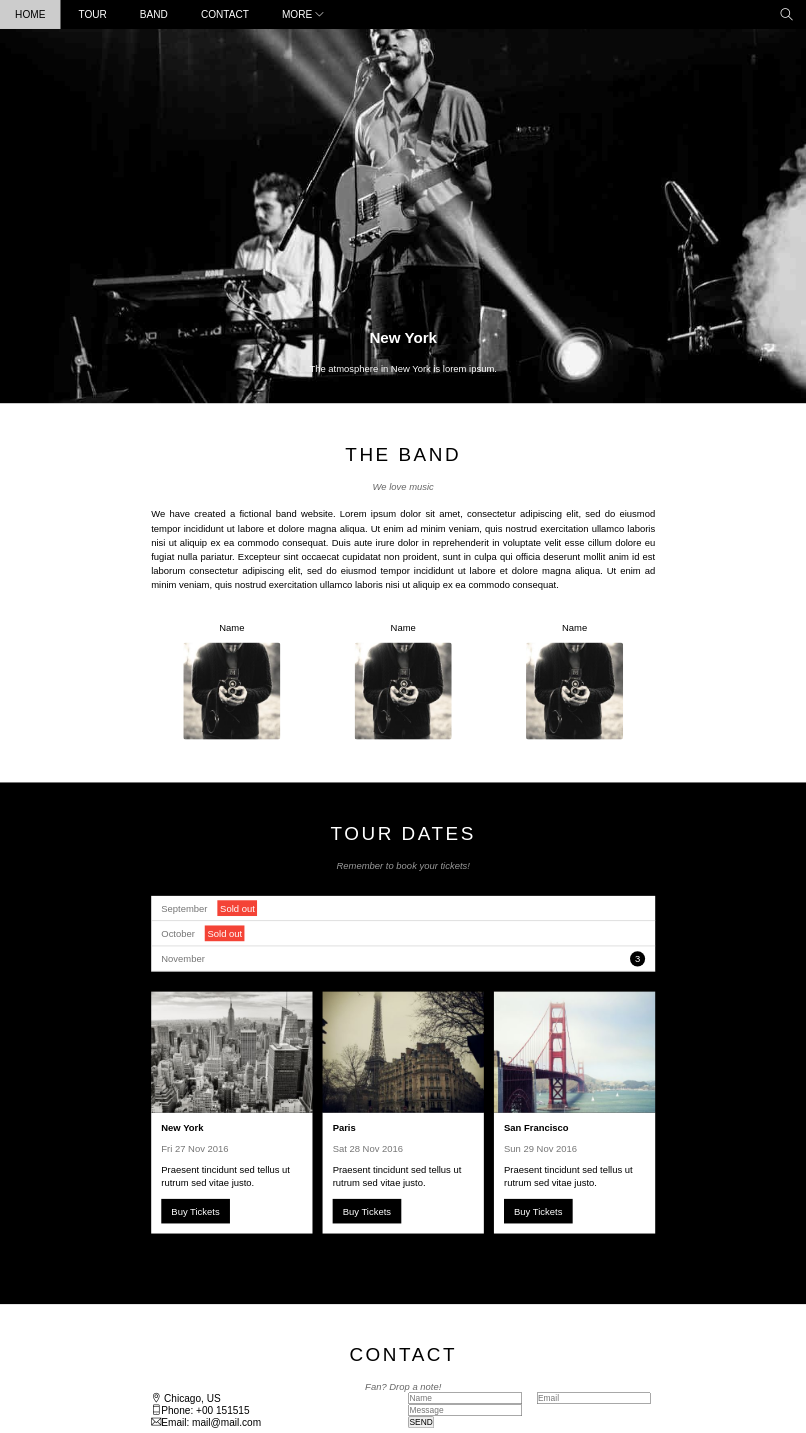
Repository: maivannhan1998/git-w3band
Page: index.html
These files come from the project's save history. The page is drawn as it stood at one moment and after the next save; the edit follows.
The browser window is 1280 px wide. The pictures show the whole page, at 63% of full size.

Above is the page before, as saved 2021-09-05 20:26:21.

### index.html
<!DOCTYPE html>
<html lang="en">
<head>
    <meta charset="UTF-8">
    <meta http-equiv="X-UA-Compatible" content="IE=edge">
    <meta name="viewport" content="width=device-width, initial-scale=1.0">
    <title>Document</title>
    <link rel="stylesheet" href="./asset/css/style.css">
    <link rel="stylesheet" href="./asset/fontss/themify-icons/themify-icons.css">
</head>
<body>
    <div id="main">
        <div id="header">
            <!-- Begin: nav -->
            <ul id="nav">
                <li><a href="">Home</a></li>
                <li><a href="">Tour</a></li>
                <li><a href="">Band</a></li>
                <li><a href="">Contact</a></li>
                <li><a href="">
                    More
                    <i class="nav-arrow-down ti-angle-down"></i>
                </a>
                    <ul class="subnav">
                        <li><a href="">Merchandise</a></li>
                        <li><a href="">Extras</a></li>
                        <li><a href="">Media</a></li>
                    </ul>
                </li>
            </ul>
            <!-- End: nav -->

            <!-- Begin: Search button -->
            <div class="search-btn">
                <i class="search-icon ti-search"></i>
            </div>
            <!-- End: Search button -->


        </div>

        <div id="slider">
            <div class="text-content">
                <h2 class="text-heading">New York</h2>
                <div class="text-des">The atmosphere in New York is lorem ipsum.</div>
            </div>
        </div>

        <div id="content">
            <!-- About section -->
            <div class="content-section">
                <h2 class="heading-section">THE BAND</h2>
                <p class="heading-sub-section">We love music</p>
                <p class="about-text">We have created a fictional band website. Lorem ipsum dolor sit amet, consectetur adipiscing elit, sed do eiusmod tempor incididunt ut labore et dolore magna aliqua. Ut enim ad minim veniam, quis nostrud exercitation ullamco laboris nisi ut aliquip ex ea commodo consequat. Duis aute irure dolor in reprehenderit in voluptate velit esse cillum dolore eu fugiat nulla pariatur. Excepteur sint occaecat cupidatat non proident, sunt in culpa qui officia deserunt mollit anim id est laborum consectetur adipiscing elit, sed do eiusmod tempor incididunt ut labore et dolore magna aliqua. Ut enim ad minim veniam, quis nostrud exercitation ullamco laboris nisi ut aliquip ex ea commodo consequat.</p>
                <div class="row members-list">
                    <div class="col col-third text-center">
                         <p class="member-name">Name</p>
                         <img src="/asset/img/band/member1.jpg" alt="Name" class="member-img">
                    </div>
                    <div class="col col-third text-center">
                        <p class="member-name">Name</p>
                        <img src="/asset/img/band/member1.jpg" alt="Name" class="member-img">
                   </div>
                   <div class="col col-third text-center">
                        <p class="member-name">Name</p>
                        <img src="/asset/img/band/member1.jpg" alt="Name" class="member-img">
                    </div>

                    <div class="clear"></div>
                </div>
            </div>

            <!--Tour section  -->
            <div class="tour-section">

                <div class="content-section">
                    <h2 class="heading-section text-white">TOUR DATES</h2>
                    <p class="heading-sub-section text-white">Remember to book your tickets!</p>
                    <ul class="tickets-list">
                        <li>September<span class="sold-out">Sold out</span></li>
                        <li>October<span class="sold-out">Sold out</span></li>
                        <li>November<span class="quanity">3</span></li>
                    </ul>

                    <!-- Plcae section -->
                    <div class="row places-list">
                        <div class="col col-third ">
                            <img src="/asset/img/places/newyork.jpg" alt="New York" class="place-img">
                            <div class="place-content">
                                <h3 class="place-heading">New York</h3>
                                <p class="place-time">Fri 27 Nov 2016</p>
                                <p class="place-des">Praesent tincidunt sed tellus ut rutrum sed vitae justo.</p>
                                <a href="#" class="place-buy-btn">Buy Tickets</a>
                            </div>
                        </div>

                        <div class=" col col-third ">
                            <img src="/asset/img/places/paris.jpg" alt="Paris" class="place-img">
                            <div class="place-content">
                                <h3 class="place-heading">Paris</h3>
                                <p class="place-time">Sat 28 Nov 2016</p>
                                <p class="place-des">Praesent tincidunt sed tellus ut rutrum sed vitae justo.</p>
                                <a href="#" class="place-buy-btn">Buy Tickets</a>
                            </div>
                        </div>

                        <div class=" col col-third ">
                            <img src="/asset/img/places/sanfran.jpg" alt="San Francisco" class="place-img">
                            <div class="place-content">
                                <h3 class="place-heading">San Francisco</h3>
                                <p class="place-time">Sun 29 Nov 2016</p>
                                <p class="place-des">Praesent tincidunt sed tellus ut rutrum sed vitae justo.</p>
                                <a href="#" class="place-buy-btn">Buy Tickets</a>
                            </div>
                        </div>
                        <div class="clear"></div>

                    </div>
                </div>


            </div>

            <!-- Contact section -->

            <div class="content-section">
                <h2 class="heading-section">CONTACT</h2>
                <p class="heading-sub-section">Fan? Drop a note!</p>


                <div class="row">
                    <div class="col col-half">
                        <p><i class="ti-location-pin"></i> Chicago, US</p>
                        <p><i class="ti-mobile"></i>Phone: +00 151515</p>
                        <p><i class="ti-email"></i>Email: mail@mail.com</p>

                    </div>
                    <div class="col col-half">
                        <form action="">
                            <div class="row">
                                <div class="col col-half">
                                    <input type="text" name="" placeholder="Name" id="" class="form-control">
                                </div>
                                <div class="col col-half">
                                    <input type="text" name="" placeholder="Email" id="" class="form-control">
                                </div>
                            </div>
                            <div class="row">
                                <div class="col col-full">
                                    <input type="text" name="" placeholder="Message" id="" class="form-control">
                                </div>

                            </div>
                            <input type="submit" value="SEND">
                        </form>
                    </div>
                </div>
            </div>



        </div>

        <div id="footer">

        </div>
    </div>
</body>
</html>

### asset/css/style.css
/* Reset CSS*/
*{
    padding: 0;
    margin: 0;
    box-sizing: border-box;
}

/* common */

.row {
    margin-left: -8px;
    margin-right: -8px;
}

.col {
    float: left;
    padding-left: 8px;
    padding-right: 8px;
}

.col-third {
    width: 33.33333%;
}

.col-half {
    width: 50%;
}

.col-full {
    width: 100%;
}

.text-center {
    text-align: center !important;
}

.clear {
    clear: both;
}

.text-white {
    color: #fff !important;
}

html{
    font-family: Arial, Helvetica, sans-serif;

}

#main{

}

#header{
    position: fixed;
    top: 0;
    left: 0;
    right: 0;
    height: 46px;
    background-color: #000;
    z-index: 1;
}

#nav {
    display: inline-block ;
}

#nav, .subnav {
    list-style-type: none;
}

#nav > li {
    display: inline-block;
}

#nav li{
    position: relative;

}

#nav > li > a {
    color: #fff;
    text-transform: uppercase;
}

#nav li a {
    padding: 0 24px;
    line-height: 46px;
    display: block;
    text-decoration: none;
}
#nav .subnav li:hover a,
#nav > li:hover > a {
    color: #000;
    background-color: #ccc;
}

#nav .subnav {
    display: none;
    position: absolute;
    top: 100%;
    left: 0;
    min-width: 160px;
    background-color: #fff;
    box-shadow: 0 0 10px rgba(0, 0, 0, 0.3);
}

#nav .subnav a {
    color: #000;
    background-color: #fff;
    padding: 0 12px;
    line-height: 38px;

}

#nav li:hover .subnav {
    display: block;
}

.nav-arrow-down {
    font-size: 14px;
}

#header .search-btn {
    float: right;
    padding: 0px 21px;

}

#header .search-btn:hover {
    cursor: pointer;
    background-color: #f44336;
}

#header .search-icon {
    color: #fff;
    font-size: 20px;
    line-height: 46px;
}

#slider{
   /* margin-top: 46px; */
   /* chỉ số % chiều ngang của chính nó (chiều cao lun bằng 1/2 chiều ngang) */
   position: relative;
   padding-top: 50%;
   background: url('/asset/img/slider/slider1.jpg') top center / cover no-repeat;
}

#slider .text-content {
    position: absolute;
    bottom: 47px;
    color: #fff;
    width: 100%;
    /* left: 50%;
   transform: translateX(-50%); */
   text-align: center;

}

#sider .text-heading {
    font-weight: 500;
    font-size: 24px;
}

#slider .text-des {
    font-size: 15px;
    margin-top: 25px;
}

#content{

}

#content .content-section {
    width: 800px;
   padding: 64px 0;
   margin-left: auto;
   margin-right: auto;

}

#content .heading-section {
    text-align: center;
    font-size: 30px;
    font-weight: 500;
    letter-spacing: 4px;
}

#content .heading-sub-section {
    text-align: center;
    font-size: 15px;
    margin-top: 25px;
    font-style: italic;
    opacity: 0.6;
}

#content .about-text {
    margin-top: 25px;
    text-align: justify;
    font-size: 15px;
    line-height: 1.5;
}

#content .members-list {
    margin-top: 48px;
}



#content .member-name {
    font-size: 15px;
}

#content .member-img {
    width: 154px;
    margin-top: 15px ;
    border-radius: 4px;

}

/* tour section */

.tour-section {
    background-color: #000;
}

.tickets-list {
    margin-top: 40px;
    list-style-type: none;
    background-color: #fff;

}

.tickets-list li {
    color: #757575;
    font-size: 15px;
    padding: 11px 16px;
    border-bottom: 1px solid #ccc;
}

.tickets-list .sold-out {
    color: #fff;
    background-color: #f44336;
    padding: 4px 4px;
    margin-left: 16px;
}

.tickets-list .quanity {
    float: right;
    color: #fff;
    background-color: #000;
    width: 24px;
    height: 24px;
    border-radius: 50%;
    text-align: center;
    margin-top: -3px;
    line-height: 24px;
}

.places-list {
    margin-top: 32px;
    margin-bottom: 48px;

}

.place-img{
    width: 100%;
    display: block;
}

.place-img:hover {
    opacity: 0.6;
}

.place-content{
background-color: #fff;
padding: 16px;
font-size: 15px;
}

.place-heading{
    font-size: 15px;
}

.place-time{
    margin-top: 15px;
    color: #757575;
}

.place-des{
    margin: 15px 0;
    line-height: 1.4;
}

.place-buy-btn{
    color: #fff;
    background-color: #000;
    text-decoration: none;
    padding: 11px 16px;
    display: inline-block;
}

.place-buy-btn:hover {
    color: #000;
    background-color: #ccc;
}

/* contact form */

.nhan {
    margin-top: 238px;
}

/* Footer section */
#footer{

}

Loaded but not shown: asset/fontss/themify-icons/themify-icons.css (common file)

After the next save:
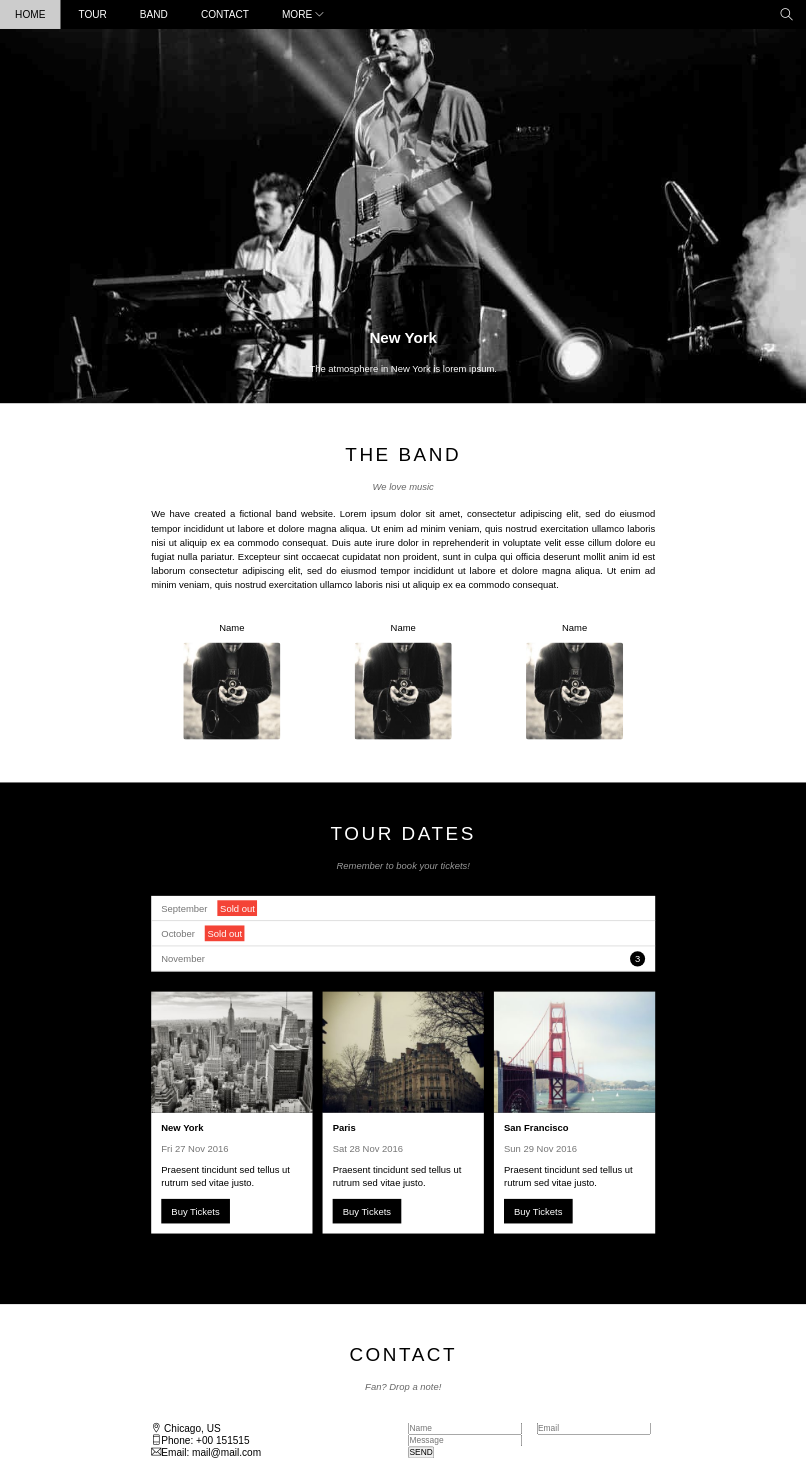
Saved 13 s later.
--- a/index.html
+++ b/index.html
@@ -128,7 +128,7 @@
                 <p class="heading-sub-section">Fan? Drop a note!</p>
 
 
-                <div class="row">
+                <div class="row nhan">
                     <div class="col col-half">
                         <p><i class="ti-location-pin"></i> Chicago, US</p>
                         <p><i class="ti-mobile"></i>Phone: +00 151515</p>
--- a/asset/css/style.css
+++ b/asset/css/style.css
@@ -308,7 +308,7 @@
 /* contact form */
 
 .nhan {
-    margin-top: 238px;
+    margin-top: 48px;
 }
 
 /* Footer section */

After the save that followed:
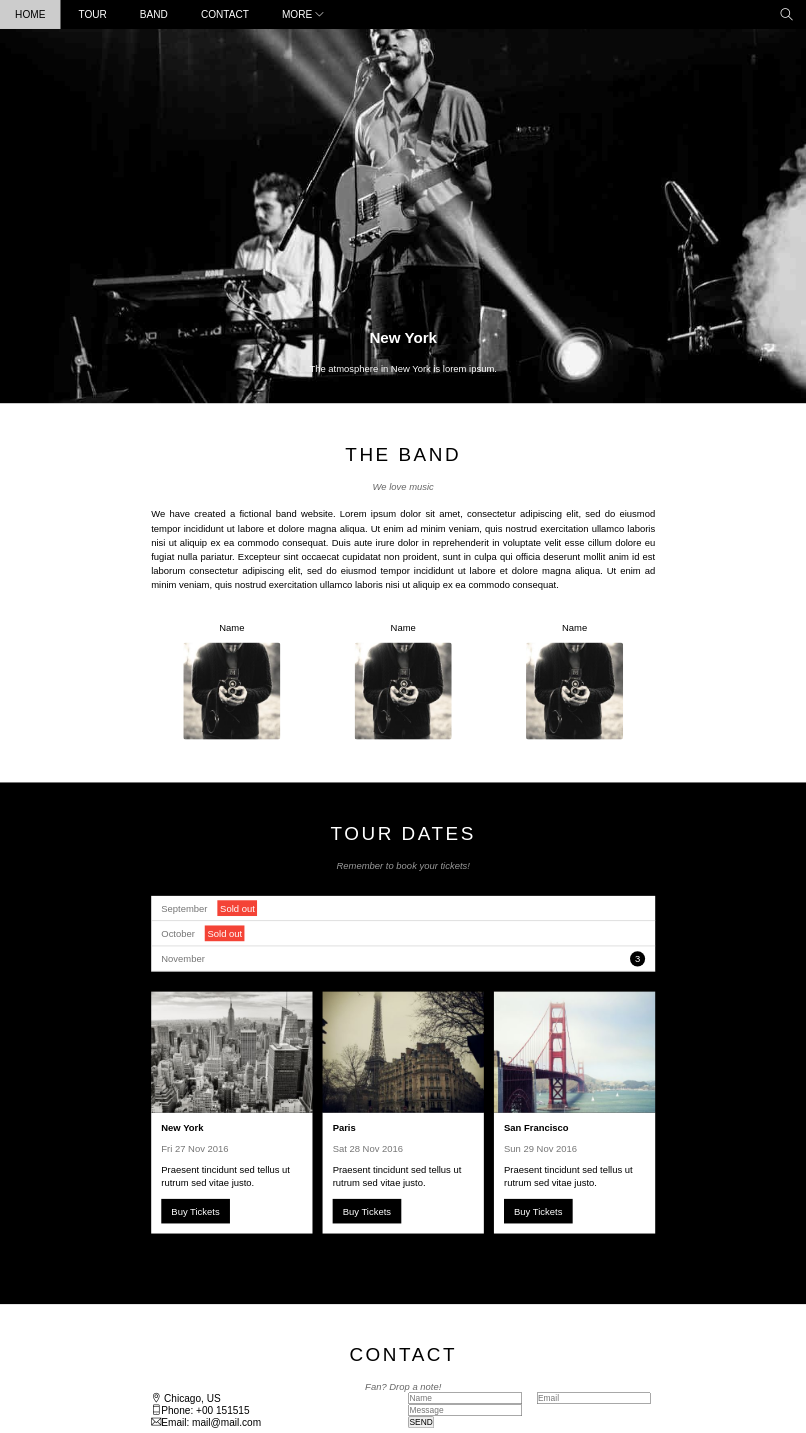
Saved 3 min 19 s later.
--- a/index.html
+++ b/index.html
@@ -128,7 +128,7 @@
                 <p class="heading-sub-section">Fan? Drop a note!</p>
 
 
-                <div class="row nhan">
+                <div class="row contact-content">
                     <div class="col col-half">
                         <p><i class="ti-location-pin"></i> Chicago, US</p>
                         <p><i class="ti-mobile"></i>Phone: +00 151515</p>
